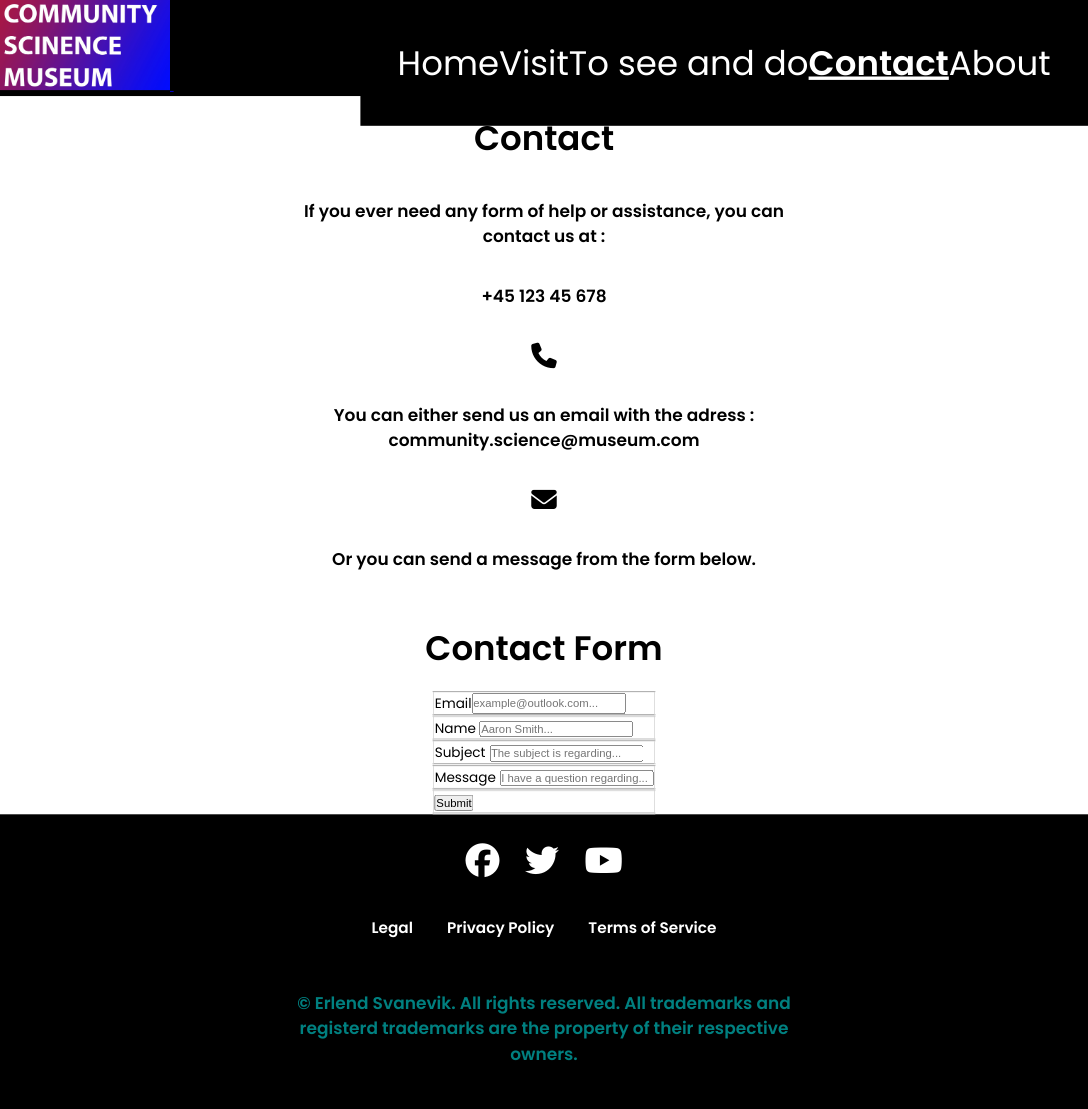
Repository: EpleWasTaken/Semester-Project
Page: contact.html
The author's editor kept a copy of each file at every save. The page is drawn from the files as they stood at one save, then again after a run of saves.
The browser window is 1280 px wide. The pictures show the whole page, at 85% of full size.
Some web libraries are served in a nearby version.

Above is the page before, as saved 2020-12-11 22:12:09.

After the next 4 saves:
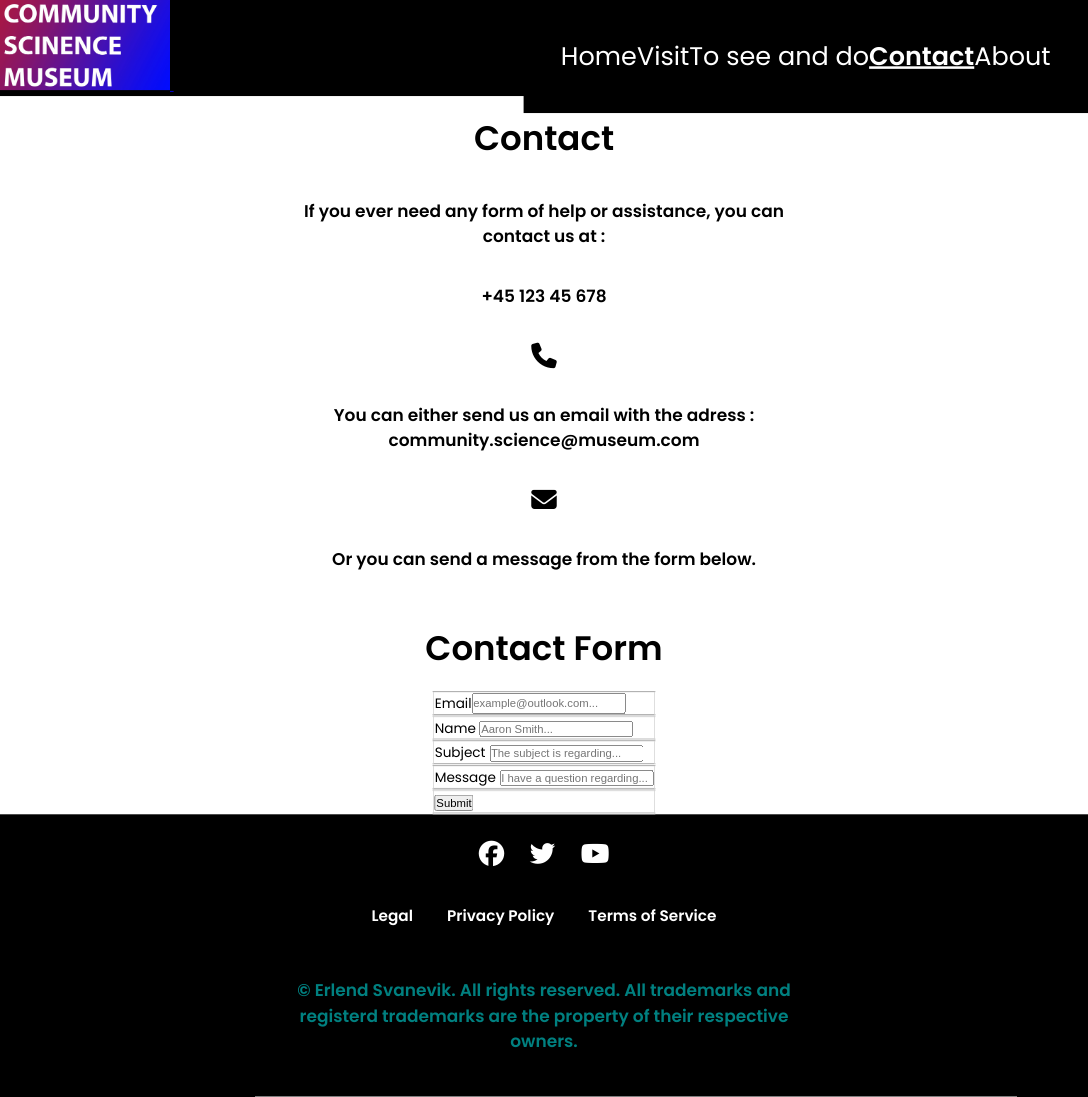
The 4 saves are shown as one change because they came seconds apart.
The last was saved 20 s later.
--- a/css/hamburger.css
+++ b/css/hamburger.css
@@ -19,8 +19,8 @@ nav li {
 }
 
 ul a {
-	margin: 60px;
-	font-size: 40px;
+	margin: 40px;
+	font-size: 30px;
 }
 
 nav a {
